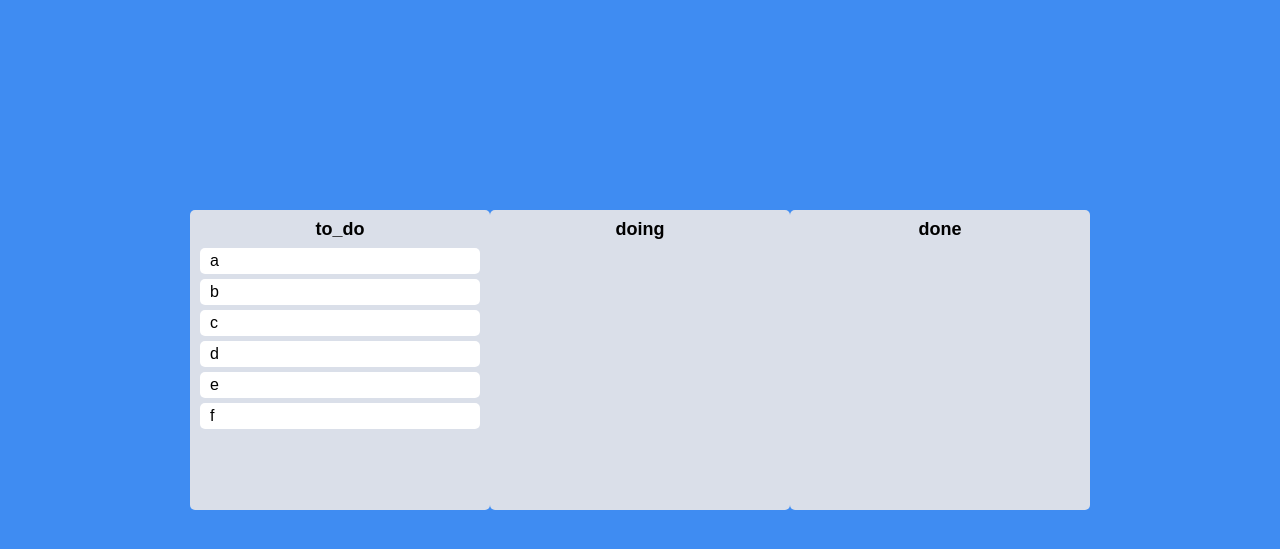
Repository: SeungYn/react-nomad
Page: / (app in trello/)
These files come from the project's save history. The page is drawn as it stood at one moment and after the next save; the edit follows.
The browser window is 1280 px wide. The pictures show the whole page.
The project was rebuilt for these pictures with package versions that can differ from the ones it lists, and the page was loaded fresh each time. Also part of the build but not shown: trello/src/App.css.

Above is the page before, as saved 2023-01-15 17:37:41.

### trello/src/index.tsx
import React from 'react';
import ReactDOM from 'react-dom/client';
import './index.css';
import App from './App';
import { createGlobalStyle, ThemeProvider } from 'styled-components';
import { RecoilRoot } from 'recoil';
import { darkTheme } from './theme';

const GlobalStyle = createGlobalStyle`
  @import url('https://fonts.googleapis.com/css2?family=Source+Sans+Pro:wght@300;400&display=swap');
  html, body, div, span, applet, object, iframe,
h1, h2, h3, h4, h5, h6, p, blockquote, pre,
a, abbr, acronym, address, big, cite, code,
del, dfn, em, img, ins, kbd, q, s, samp,
small, strike, strong, sub, sup, tt, var,
b, u, i, center,
dl, dt, dd, menu, ol, ul, li,
fieldset, form, label, legend,
table, caption, tbody, tfoot, thead, tr, th, td,
article, aside, canvas, details, embed,
figure, figcaption, footer, header, hgroup,
main, menu, nav, output, ruby, section, summary,
time, mark, audio, video {
  margin: 0;
  padding: 0;
  border: 0;
  font-size: 100%;
  font: inherit;
  vertical-align: baseline;
}
/* HTML5 display-role reset for older browsers */
article, aside, details, figcaption, figure,
footer, header, hgroup, main, menu, nav, section {
  display: block;
}
/* HTML5 hidden-attribute fix for newer browsers */
*[hidden] {
    display: none;
}
body {
  line-height: 1;
}
menu, ol, ul {
  list-style: none;
}
ul{
  text-decoration: none;
  list-style: none;
}
blockquote, q {
  quotes: none;
}
blockquote:before, blockquote:after,
q:before, q:after {
  content: '';
  content: none;
}
table {
  border-collapse: collapse;
  border-spacing: 0;
}

*{
  box-sizing: border-box;
}

body {
  font-family: 'Source Sans Pro', sans-serif;
  background-color: ${(props) => {
    return props.theme?.bgColor;
  }};
  color:black;
}

a{
  text-decoration:none;
  color:inherit;
}
`;

const root = ReactDOM.createRoot(
  document.getElementById('root') as HTMLElement
);
root.render(
  <RecoilRoot>
    <ThemeProvider theme={darkTheme}>
      <GlobalStyle />
      <App />
    </ThemeProvider>
  </RecoilRoot>
);

### trello/src/App.tsx
import React from 'react';
import logo from './logo.svg';
import './App.css';
import {
  DragDropContext,
  Draggable,
  Droppable,
  DropResult,
} from 'react-beautiful-dnd';
import styled from 'styled-components';
import { useRecoilState, useRecoilValue } from 'recoil';
import { toDoState } from './atoms';
import DraggbleCard from './Components/DragabbleCard';
import Board from './Components/Board';

const Wrapper = styled.div`
  display: flex;
  max-width: 480px;
  width: 100%;
  margin: 0 auto;
  justify-content: center;
  align-items: center;
  height: 100vh;
  width: 100vw;
`;

const Boards = styled.div`
  display: flex;
  justify-content: center;
  align-items: flex-start;
`;

function App() {
  const [toDos, setToDos] = useRecoilState(toDoState);
  const onDragEnd = ({ destination, source, draggableId }: DropResult) => {
    const desIndex = destination?.index;
    const srcIndex = source.index;
    // setToDos((todos) => {
    //   const copy = [...todos];
    //   copy.splice(srcIndex, 1);
    //   copy.splice(desIndex!, 0, draggableId);
    //   return copy;
    // });
  };
  return (
    <DragDropContext onDragEnd={onDragEnd}>
      <Wrapper>
        <Boards>
          {Object.keys(toDos).map((i) => (
            <Board key={i} toDos={toDos[i]} boardId={i} />
          ))}
        </Boards>
      </Wrapper>
    </DragDropContext>
  );
}

export default App;

### trello/src/theme.ts
import { DefaultTheme } from 'styled-components';

export const darkTheme: DefaultTheme = {
  bgColor: '#3F8CF2',
  cardColor: 'white',
  boardColor: '#DADFE9',
};

### trello/src/atoms.tsx
import { atom, selector } from 'recoil';

interface IToDoState {
  [key: string]: string[];
}

export const toDoState = atom<IToDoState>({
  key: 'toDo',
  default: {
    to_do: ['a', 'b', 'c', 'd', 'e', 'f'],
    doing: [],
    done: [],
  },
});

### trello/src/Components/Board.tsx
import { Droppable } from 'react-beautiful-dnd';
import DragabbleCard from './DragabbleCard';
import styled from 'styled-components';

interface IboardProps {
  toDos: string[];
  boardId: string;
}

function Board({ toDos, boardId }: IboardProps) {
  return (
    <Wrapper>
      <Title>{boardId}</Title>
      <Droppable droppableId={boardId}>
        {(magic) => (
          <div ref={magic.innerRef} {...magic.droppableProps}>
            {toDos.map((toDo, index) => (
              <DragabbleCard key={toDo} index={index} todo={toDo} />
            ))}
            {magic.placeholder}
          </div>
        )}
      </Droppable>
    </Wrapper>
  );
}

export default Board;

const Wrapper = styled.div`
  width: 300px;
  padding: 20px 10px;
  padding-top: 10px;
  background-color: ${(props) => props.theme.boardColor};
  border-radius: 5px;
  min-height: 300px;
`;

const Title = styled.h2`
  text-align: center;
  font-weight: 600;
  margin-bottom: 10px;
  font-size: 18px;
`;

### trello/src/Components/DragabbleCard.tsx
import React from 'react';
import { Draggable } from 'react-beautiful-dnd';
import styled from 'styled-components';

interface IDragabbleCardProps {
  todo: string;
  index: number;
}

function DraggbleCard({ todo, index }: IDragabbleCardProps) {
  console.log(todo, 'has been rendered');
  return (
    <Draggable key={todo} draggableId={todo} index={index}>
      {(magic) => (
        <Card
          ref={magic.innerRef}
          {...magic.draggableProps}
          {...magic.dragHandleProps}
        >
          {todo}
        </Card>
      )}
    </Draggable>
  );
}

export default React.memo(DraggbleCard);

const Card = styled.div`
  border-radius: 5px;
  padding: 5px 10px;
  margin-bottom: 5px;
  background-color: ${(props) => props.theme.cardColor};
  user-select: none;
`;

Loaded but not shown: trello/public/index.html (common file); trello/src/index.css (common file)

After the next save:
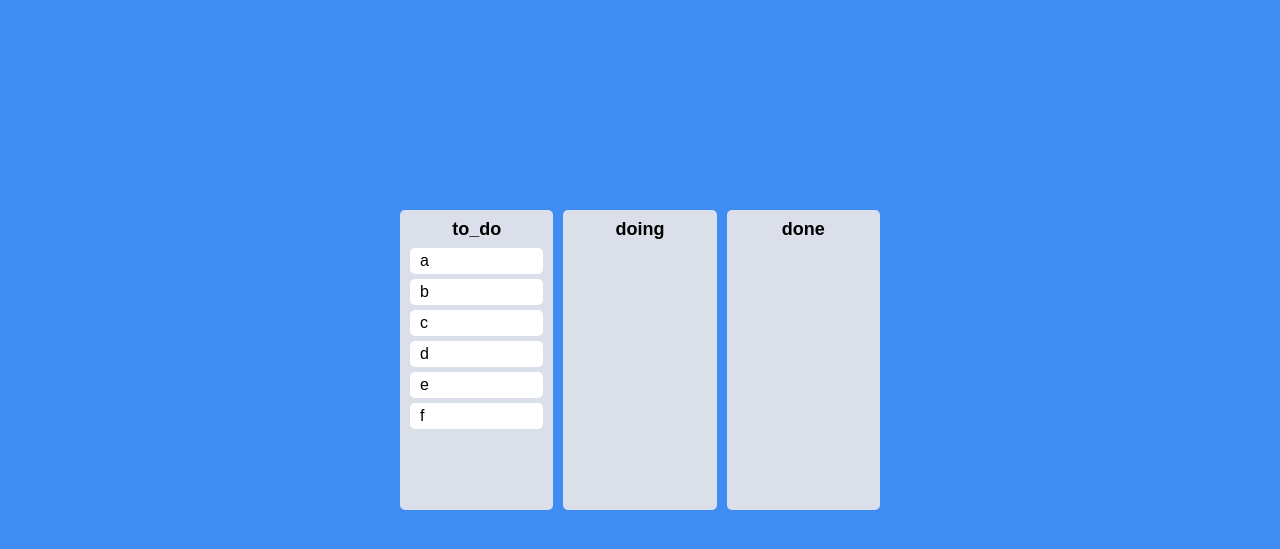
Saved 32 s later.
--- a/trello/src/App.tsx
+++ b/trello/src/App.tsx
@@ -28,6 +28,8 @@ const Boards = styled.div`
   display: flex;
   justify-content: center;
   align-items: flex-start;
+  width: 100%;
+  gap: 10px;
 `;
 
 function App() {
